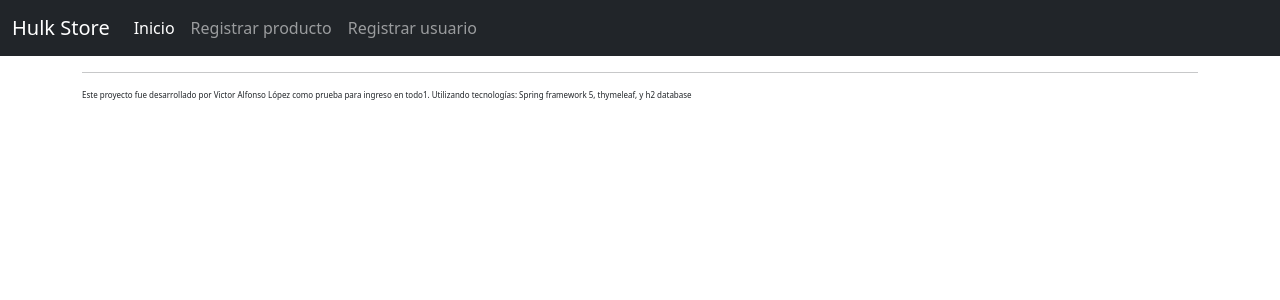
Repository: alfonsoLopez1992/PruebaTODO1
Page: http://localhost/usuario/listado
These files come from the project's save history. The page is drawn as it stood at one moment and after the next save; the edit follows.
The browser window is 1280 px wide. The pictures show the whole page.
Some web libraries are served in a nearby version. The page is this project's Thymeleaf template; nobody is signed in. The template is opened directly, without the code that normally fills it, so the values that code supplies are empty.

Above is the page before, as saved 2021-02-15 19:47:14.

### hulk-store-internet/src/main/resources/templates/usuario/listado.html
<!DOCTYPE html>
<html xmlns:th="http://www.thymeleaf.org">
<head th:replace="layout/layout :: head">
</head>
<body>

<header th:replace="layout/layout :: header" ></header>
<footer th:replace="layout/layout :: footer" ></footer>

</body>
</html>

### hulk-store-internet/src/main/resources/templates/layout/layout.html
<!DOCTYPE html>
<html xmlns:th="http://www.thymeleaf.org">
<head th:fragment="head">
<meta charset="UTF-8">
<title>Hulk store</title>
<link
	href="https://cdn.jsdelivr.net/npm/bootstrap@5.0.0-beta2/dist/css/bootstrap.min.css"
	rel="stylesheet"
	integrity="sha384-BmbxuPwQa2lc/FVzBcNJ7UAyJxM6wuqIj61tLrc4wSX0szH/Ev+nYRRuWlolflfl"
	crossorigin="anonymous">

</head>
<body>
	<header th:fragment="header">
		<nav class="navbar navbar-expand-lg navbar-dark bg-dark">
			<div class="container-fluid">
				<a class="navbar-brand" href="#">Hulk Store</a>
				<button class="navbar-toggler" type="button"
					data-bs-toggle="collapse" data-bs-target="#navbarNav"
					aria-controls="navbarNav" aria-expanded="false"
					aria-label="Toggle navigation">
					<span class="navbar-toggler-icon"></span>
				</button>
				<div class="collapse navbar-collapse" id="navbarNav">
					<ul class="navbar-nav">
						<li class="nav-item"><a class="nav-link active"
							aria-current="page" href="index">Inicio</a></li>

						<li class="nav-item"><a class="nav-link" href="registrar">Registrar producto</a>
						</li>
						<li class="nav-item"><a class="nav-link" href="producto/listar">Registrar usuario</a>
						</li>
					</ul>
				</div>
			</div>
		</nav>
	</header>
	<div class="container"></div>


	<footer th:fragment="footer" class="container">
		<hr />
		<p style="font-size: 8px !important;">Este proyecto fue desarrollado por Victor Alfonso López como
			prueba para ingreso en todo1. Utilizando tecnologías: Spring framework 5, thymeleaf, y h2 database</p>
		<script
			src="https://cdn.jsdelivr.net/npm/bootstrap@5.0.0-beta2/dist/js/bootstrap.bundle.min.js"
			integrity="sha384-b5kHyXgcpbZJO/tY9Ul7kGkf1S0CWuKcCD38l8YkeH8z8QjE0GmW1gYU5S9FOnJ0"
			crossorigin="anonymous"></script>
		<script
			src="https://cdn.jsdelivr.net/npm/@popperjs/core@2.6.0/dist/umd/popper.min.js"
			integrity="sha384-KsvD1yqQ1/1+IA7gi3P0tyJcT3vR+NdBTt13hSJ2lnve8agRGXTTyNaBYmCR/Nwi"
			crossorigin="anonymous"></script>
		<script
			src="https://cdn.jsdelivr.net/npm/bootstrap@5.0.0-beta2/dist/js/bootstrap.min.js"
			integrity="sha384-nsg8ua9HAw1y0W1btsyWgBklPnCUAFLuTMS2G72MMONqmOymq585AcH49TLBQObG"
			crossorigin="anonymous"></script>

	</footer>



</body>
</html>

After the next save:
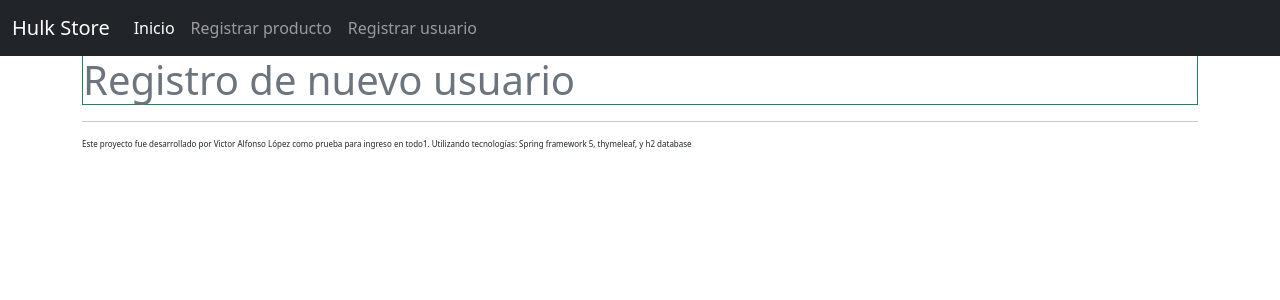
Saved 33 s later.
--- a/hulk-store-internet/src/main/resources/templates/usuario/listado.html
+++ b/hulk-store-internet/src/main/resources/templates/usuario/listado.html
@@ -5,6 +5,16 @@
 <body>
 
 <header th:replace="layout/layout :: header" ></header>
+
+	<div class="container">
+		<h1
+			class="text-secondary border border-success border-top-0 border-left-0 border-right-0">Registro
+			de nuevo usuario</h1>
+
+
+   </div>
+
+
 <footer th:replace="layout/layout :: footer" ></footer>
 
 </body>
